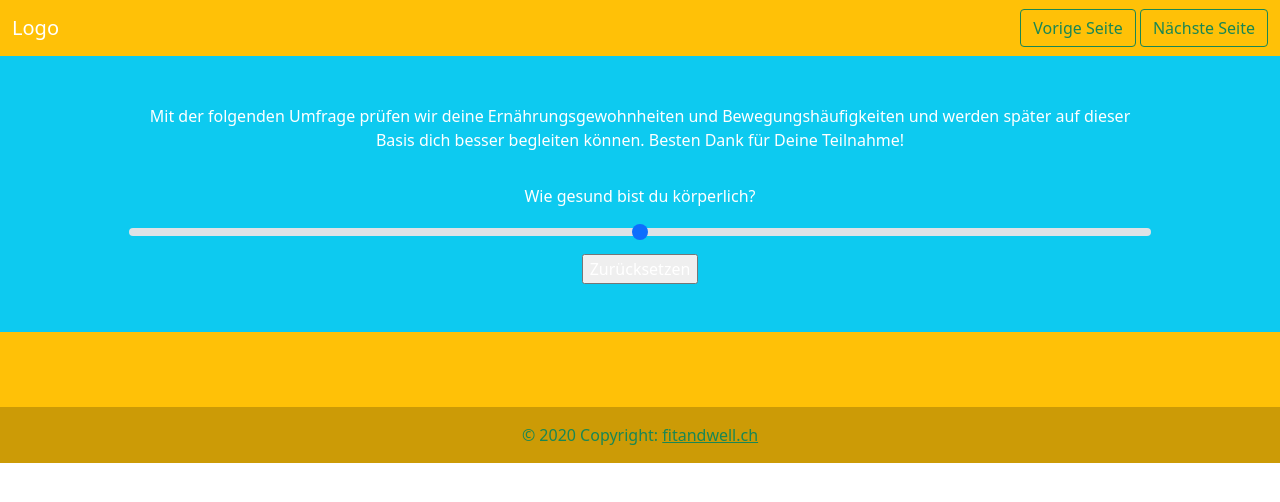
Repository: stephane71183101/Stephane-Personal-Health-Survey
Page: http://localhost/form-q01-start-page.php
These files come from the project's save history. The page is drawn as it stood at one moment and after the next save; the edit follows.
The browser window is 1280 px wide. The pictures show the whole page.
The page is run by PHP 8.4 with error messages shown; the project is at /var/www/html/.

Above is the page before, as saved 2022-03-15 17:06:51.

### form-q01-start-page.php
<!DOCTYPE html>
<html lang="en">
<head>
    <meta charset="UTF-8">
    <meta http-equiv="X-UA-Compatible" content="IE=edge">
    <meta name="viewport" content="width=device-width, initial-scale=1.0">
    <title>Document</title>
    <link href="https://cdn.jsdelivr.net/npm/bootstrap@5.1.3/dist/css/bootstrap.min.css" rel="stylesheet" integrity="sha384-1BmE4kWBq78iYhFldvKuhfTAU6auU8tT94WrHftjDbrCEXSU1oBoqyl2QvZ6jIW3" crossorigin="anonymous">
    <script src="https://cdn.jsdelivr.net/npm/bootstrap@5.1.3/dist/js/bootstrap.bundle.min.js" integrity="sha384-ka7Sk0Gln4gmtz2MlQnikT1wXgYsOg+OMhuP+IlRH9sENBO0LRn5q+8nbTov4+1p" crossorigin="anonymous"></script>
</head>

<header>
    <nav class="navbar navbar-expand-lg navbar-light bg-warning">
    <div class="container-fluid">
        <a class="navbar-brand text-white" href="#">Logo</a>
        <div class="nav justify-content-end" id="navbarNav">
            <form class="d-flexme-2">
                <button class="btn btn-outline-success" type="submit">Vorige Seite</button>
                <button class="btn btn-outline-success" type="submit">Nächste Seite</button>
            </form>
        </div>
    </div>
    </nav>
</header>

<body>
    <div class="container-fluid pt-5 pb-3 text-center text-white bg-info">
        <div  class="container col-10">
        <p>Mit der folgenden Umfrage prüfen wir deine Ernährungsgewohnheiten und Bewegungshäufigkeiten und werden später auf dieser Basis dich besser begleiten können. Besten Dank für Deine Teilnahme!</p>
        </div>
    </div>

    <div class="container-fluid pb-5 text-center text-white bg-info">
        <div  class="container col-10">
        <form>
        <label for="customRange1" class="form-label pb-2">Wie gesund bist du körperlich?</label>
        <input type="range" class="form-range pb-2" min="0" max="4" step="1" id="my-range">
        <input type="reset" class="text-white" value="Zurücksetzen">
        </form>
        </div>
    </div>

<footer>
    <div class="text-center text-white bg-warning">
    <!-- Grid container -->
    <div class="container pt-4">
        <!-- Section: Social media -->
        <section class="mb-4">
        <!-- Facebook -->
        <a
            class="btn btn-link btn-floating btn-lg text-dark m-1"
            href="#"
            role="button"
            data-mdb-ripple-color="dark"
            ><i class="fab fa-facebook-f"></i
        ></a>

        <!-- Twitter -->
        <a
            class="btn btn-link btn-floating btn-lg text-dark m-1"
            href="#!"
            role="button"
            data-mdb-ripple-color="dark"
            ><i class="fab fa-twitter"></i
        ></a>

        <!-- Google -->
        <a
            class="btn btn-link btn-floating btn-lg text-dark m-1"
            href="#!"
            role="button"
            data-mdb-ripple-color="dark"
            ><i class="fab fa-google"></i
        ></a>

        <!-- Instagram -->
        <a
            class="btn btn-link btn-floating btn-lg text-dark m-1"
            href="#!"
            role="button"
            data-mdb-ripple-color="dark"
            ><i class="fab fa-instagram"></i
        ></a>

        <!-- Linkedin -->
        <a
            class="btn btn-link btn-floating btn-lg text-dark m-1"
            href="#!"
            role="button"
            data-mdb-ripple-color="dark"
            ><i class="fab fa-linkedin"></i
        ></a>
        <!-- Github -->
        <a
            class="btn btn-link btn-floating btn-lg text-dark m-1"
            href="#!"
            role="button"
            data-mdb-ripple-color="dark"
            ><i class="fab fa-github"></i
        ></a>
        </section>
        <!-- Section: Social media -->
    </div>
    <!-- Grid container -->

    <!-- Copyright -->
    <div class="text-center text-success p-3" style="background-color: rgba(0, 0, 0, 0.2);">
        © 2020 Copyright:
        <a class="text-success" href="#">fitandwell.ch</a>
    </div>
    <!-- Copyright -->
    </div>
</footer>
</body>

</html>

After the next save:
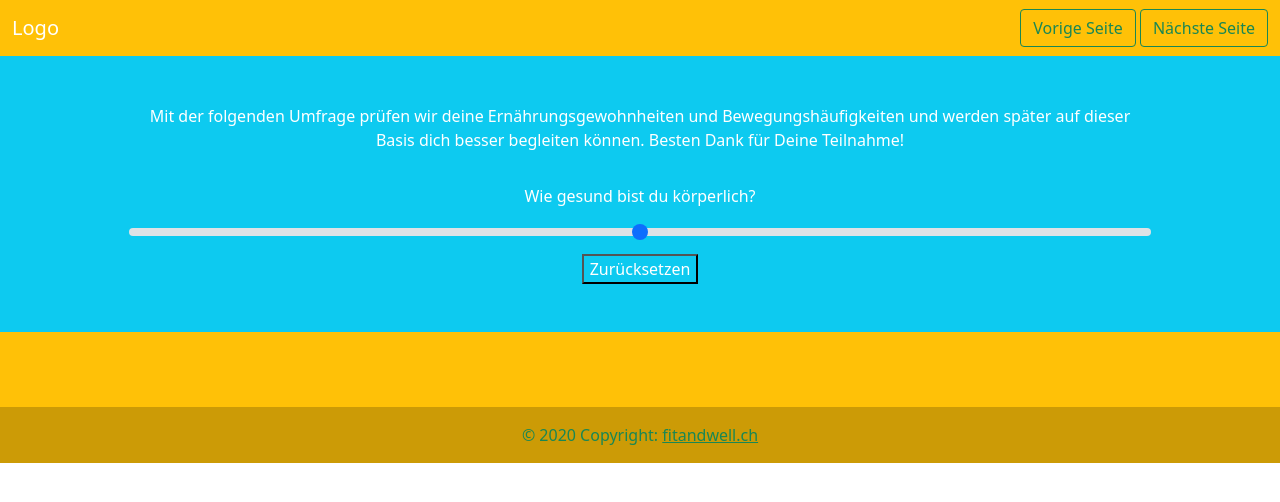
Saved 27 s later.
--- a/form-q01-start-page.php
+++ b/form-q01-start-page.php
@@ -35,7 +35,7 @@
         <form>
         <label for="customRange1" class="form-label pb-2">Wie gesund bist du körperlich?</label>
         <input type="range" class="form-range pb-2" min="0" max="4" step="1" id="my-range">
-        <input type="reset" class="text-white" value="Zurücksetzen">
+        <input type="reset" class="bg-info text-white" value="Zurücksetzen">
         </form>
         </div>
     </div>
